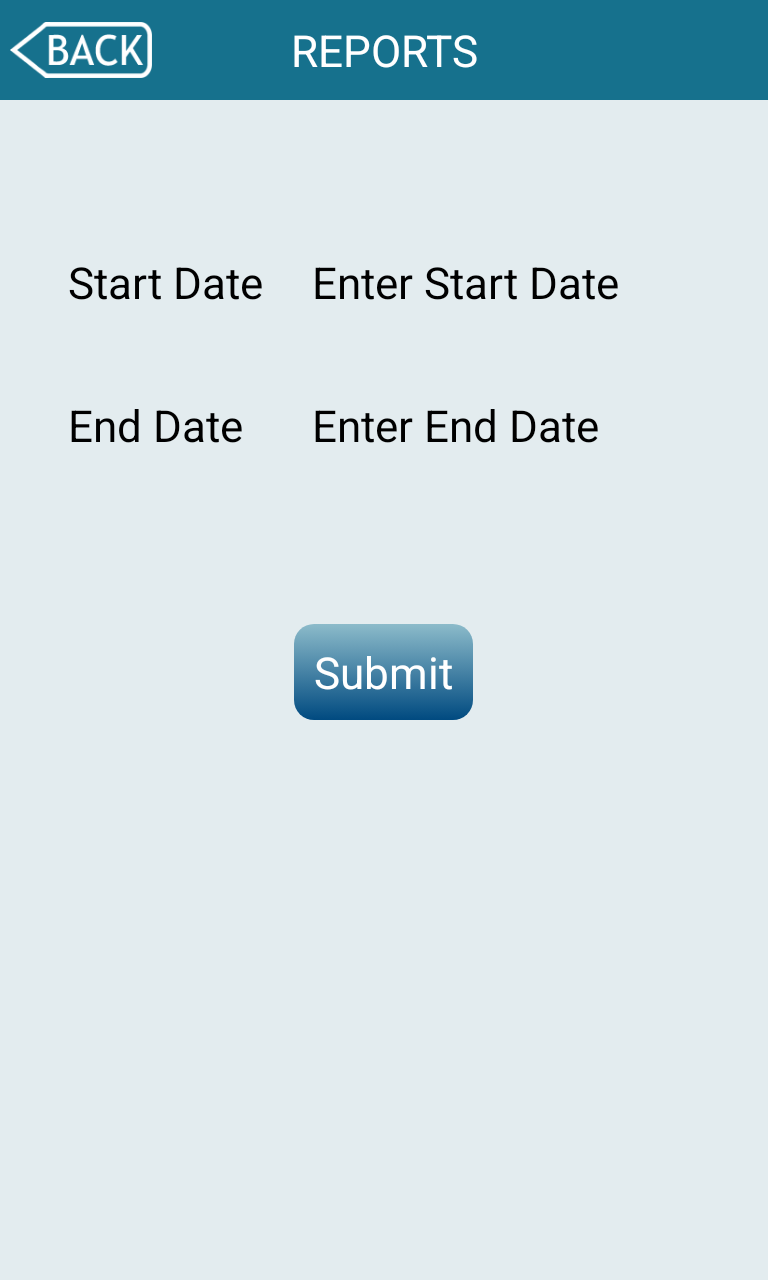
Repository: aawantika/frs
Layout: FinancialApplicationProject/FinancialApplication/src/main/res/layout/activity_graph_date.xml
These files come from the project's save history. The layout is drawn as it stood at one moment and after the next save; the edit follows.
It is drawn on a 768 x 1280 px phone screen (xhdpi) without system bars, with theme AppTheme; the app's code is not run.

Above is the layout before, as saved 2014-04-23 19:02:41.

### FinancialApplicationProject/FinancialApplication/src/main/res/layout/activity_graph_date.xml
<RelativeLayout xmlns:android="http://schemas.android.com/apk/res/android"
    xmlns:tools="http://schemas.android.com/tools"
    android:id="@+id/container"
    android:layout_width="match_parent"
    android:layout_height="match_parent"
    android:background="#e3ecef"
    tools:context=".ReportDateActivity"
    tools:ignore="MergeRootFrame" >

    <TextView
        android:id="@+id/title"
        android:layout_width="fill_parent"
        android:layout_height="50dp"
        android:layout_alignParentTop="true"
        android:layout_centerHorizontal="true"
        android:background="#16718d"
        android:gravity="center"
        android:text="@string/reportsTitle"
        android:textAppearance="?android:attr/textAppearanceLarge"
        android:textColor="#ffffff" />

    <Button
        android:id="@+id/back"
        android:layout_width="71dp"
        android:layout_height="28dp"
        android:layout_alignParentLeft="true"
        android:layout_alignParentTop="true"
        android:layout_marginLeft="5dp"
        android:layout_marginTop="11dp"
        android:background="@drawable/back_button"
        android:onClick="onBackClick" />

    <Button
        android:id="@+id/submit"
        android:layout_width="wrap_content"
        android:layout_height="wrap_content"
        android:layout_below="@+id/endText"
        android:layout_centerHorizontal="true"
        android:layout_marginTop="85dp"
        android:background="@drawable/rounded_rectanglebutton"
        android:onClick="onDateClick"
        android:text="@string/submit"
        android:textAppearance="?android:attr/textAppearanceLarge"
        android:textColor="#ffffff" />

    <TextView
        android:id="@+id/startText"
        android:layout_width="wrap_content"
        android:layout_height="wrap_content"
        android:layout_below="@+id/title"
        android:layout_marginRight="15dp"
        android:layout_marginTop="76dp"
        android:layout_toLeftOf="@+id/submit"
        android:text="@string/startDate"
        android:textAppearance="?android:attr/textAppearanceLarge" />

    <TextView
        android:id="@+id/endText"
        android:layout_width="wrap_content"
        android:layout_height="wrap_content"
        android:layout_alignLeft="@+id/startText"
        android:layout_below="@+id/startText"
        android:layout_marginTop="42dp"
        android:text="@string/endDate"
        android:textAppearance="?android:attr/textAppearanceLarge" />

    <TextView
        android:id="@+id/startDate"
        android:layout_width="wrap_content"
        android:layout_height="wrap_content"
        android:layout_above="@+id/endText"
        android:layout_alignLeft="@+id/submit"
        android:layout_marginLeft="9dp"
        android:text="@string/startDateTV"
        android:textAppearance="?android:attr/textAppearanceLarge" />

    <TextView
        android:id="@+id/endDate"
        android:layout_width="wrap_content"
        android:layout_height="wrap_content"
        android:layout_alignBaseline="@+id/endText"
        android:layout_alignBottom="@+id/endText"
        android:layout_alignLeft="@+id/startDate"
        android:text="@string/endDateTV"
        android:textAppearance="?android:attr/textAppearanceLarge" />

</RelativeLayout>

### FinancialApplicationProject/FinancialApplication/src/main/res/values/strings.xml
<?xml version="1.0" encoding="utf-8"?>
<resources>

    <string name="app_name">FooBar\'s Rib Shack</string>

    <!-- TextView -->
    <string name="firstname">First Name</string>
    <string name="lastname">Last Name</string>
    <string name="username">Username</string>
    <string name="password">Password</string>
    <string name="passwordHintText">Password Hint</string>
    <string name="email">Email</string>
    <string name="amount">Amount</string>
    <string name="balance">Balance</string>
    <string name="totalDeposits">Total Deposits</string>
    <string name="totalWithdrawals">Total Withdrawals</string>
    <string name="category">Category</string>
    <string name="reason">Reason</string>
    <string name="date">Date</string>
    <string name="startDate">Start Date</string>
    <string name="endDate">End Date</string>
    <string name="defaultAmount">Default Amount</string>
    <string name="forgotPassword">Forgot Password?</string>
    <string name="netFlow">Net Flow</string>
    <string name="accountNum">Account Number:</string>
    <string name="oldPassword">Old Password</string>
    <string name="newPassword">New Password</string>
    <string name="confirmPassword">Confirm Password</string>

    <!-- Hints/EditText -->
    <string name="usernameHint">Enter username</string>
    <string name="passwordHint">Enter password</string>
    <string name="passwordHintTextHint">Enter hint</string>
    <string name="firstnameHint">Enter first name</string>
    <string name="lastnameHint">Enter last name</string>
    <string name="emailHint">gburdell9@gatech.edu</string>
    <string name="dateHint">01/01/2014</string>
    <string name="defaultAmountHint">100USD or higher</string>
    <string name="reasonHint">Enter reason</string>
    <string name="amountHint">Enter amount</string>
    <string name="categoryHint">Enter category</string>
    <string name="oldPasswordHint">Enter old password</string>
    <string name="newPasswordHint">Enter new password</string>
    <string name="confirmPasswordHint">Reenter password</string>
    <string name="day">DD</string>
    <string name="month">MM</string>
    <string name="year">YYYY</string>

    <!-- Buttons -->
    <string name="login">Log In</string>
    <string name="register">Register</string>
    <string name="createAccount">Create Account</string>
    <string name="submit">Submit</string>
    <string name="deposit">Deposit</string>
    <string name="withdrawal">Withdrawal</string>
    <string name="reports">Reports</string>
    <string name="graphs">Graphs</string>
    <string name="back">Transactions</string>
    <string name="unused">unused</string>
    <string name="cancel">Cancel</string>
    <string name="home">Home</string>
    <string name="changePassword">Change Password</string>

    <!-- Titles -->
    <string name="registration">REGISTRATION</string>
    <string name="createAccountTitle">CREATE ACCOUNT</string>
    <string name="depositTitle">DEPOSIT</string>
    <string name="withdrawalTitle">WITHDRAWAL</string>
    <string name="reportsTitle">REPORTS</string>
    <string name="graphsTitle">GRAPHS</string>
    <string name="loginTitle">LOGIN</string>
    <string name="homeTitle">HOME</string>
    <string name="forgotTitle">FORGOT PASSWORD</string>
    <string name="csrTitle">CONSUMER SPENDING</string>
    <string name="isrTitle">INCOME SOURCE</string>
    <string name="cfrTitle">CASH FLOW</string>
    <string name="thrTitle">TRANSACTION HISTORY</string>

    <!-- Splash Screen -->
    <string name="teamNumber">Team 15</string>
    <string name="tika">Aawantika Sahu</string>
    <string name="max">Jason Bires</string>
    <string name="joseph">Hyun Jong Lee</string>
    <string name="prav">Pravallika Tadikonda</string>
    <string name="shannon">Shannon Nguyen</string>

    <!-- Date Picker -->
    <string name="startDateTV">Enter Start Date</string>
    <string name="endDateTV">Enter End Date</string>

    <!-- Reports -->
    <string name="scr">Spending Category Report</string>
    <string name="isr">Income Source Report</string>
    <string name="cfr">Cash Flow Report</string>
    <string name="thr">Transaction History Report</string>

    <!-- Graphs -->
    <string name="bd">Balance vs. Date</string>
    <string name="wd">Widthdrawals vs. Date</string>
    <string name="dd">Deposits vs. Date</string>
    <string name="mpc">Money Per Category</string>

    <!-- Categories for Withdrawal -->
    <string name="category_prompt">Choose category</string>

    <string-array name="category_array">
        <item>Gas</item>
        <item>Rent</item>
        <item>Clothing</item>
        <item>Business</item>
        <item>Groceries</item>
        <item>Entertainment</item>
    </string-array>

    <!-- ?? -->
    <string name="gas">Gas</string>
    <string name="rent">Rent</string>
    <string name="clothing">Clothing</string>
    <string name="business">Business</string>
    <string name="groceries">Groceries</string>
    <string name="entertainment">Entertainment</string>

    <!-- ??? -->
    <string name="hello_world">Hello world!</string>
    <string name="action_settings">Settings</string>
    <string name="logout">Logout</string>
    <string name="title_activity_graph">GraphActivity</string>
    <string name="title_activity_graph_report">GraphReportActivity</string>
    <string name="title_activity_graph_date">GraphDate</string>

</resources>

### FinancialApplicationProject/FinancialApplication/src/main/res/drawable/back_button.xml
<?xml version="1.0" encoding="utf-8"?>
<selector xmlns:android="http://schemas.android.com/apk/res/android">
    <item android:drawable="@drawable/back2"
          android:state_pressed="true" />
    <item android:drawable="@drawable/back"
          android:state_focused="true" />
    <item android:drawable="@drawable/back" />
</selector>

### FinancialApplicationProject/FinancialApplication/src/main/res/drawable/rounded_rectanglebutton.xml
<?xml version="1.0" encoding="utf-8"?>
<selector xmlns:android="http://schemas.android.com/apk/res/android">
    <item android:drawable="@drawable/rounded_rectangle2"
          android:state_pressed="true" />
    <item android:drawable="@drawable/rounded_rectangle"
          android:state_focused="true" />
    <item android:drawable="@drawable/rounded_rectangle" />
</selector>

### FinancialApplicationProject/FinancialApplication/src/main/res/drawable/rounded_rectangle2.xml
<?xml version="1.0" encoding="utf-8"?>
<shape xmlns:android="http://schemas.android.com/apk/res/android" >
    <gradient
        android:startColor="#008ec2"
        android:endColor="#002948"
        android:angle="270" />
    <corners
        android:radius="10dp" />
    <padding
        android:left="10dp"
        android:right="10dp" />
</shape>

### FinancialApplicationProject/FinancialApplication/src/main/res/drawable/rounded_rectangle.xml
<?xml version="1.0" encoding="utf-8"?>
<shape xmlns:android="http://schemas.android.com/apk/res/android" >
    <gradient
        android:startColor="#8cbbca"
        android:endColor="#004a80"
        android:angle="270" />
    <corners
        android:radius="10dp" />
    <padding
        android:left="10dp"
        android:right="10dp" />
</shape>

Loaded but not shown: FinancialApplicationProject/FinancialApplication/src/main/res/values/styles.xml (common file)

After the next save:
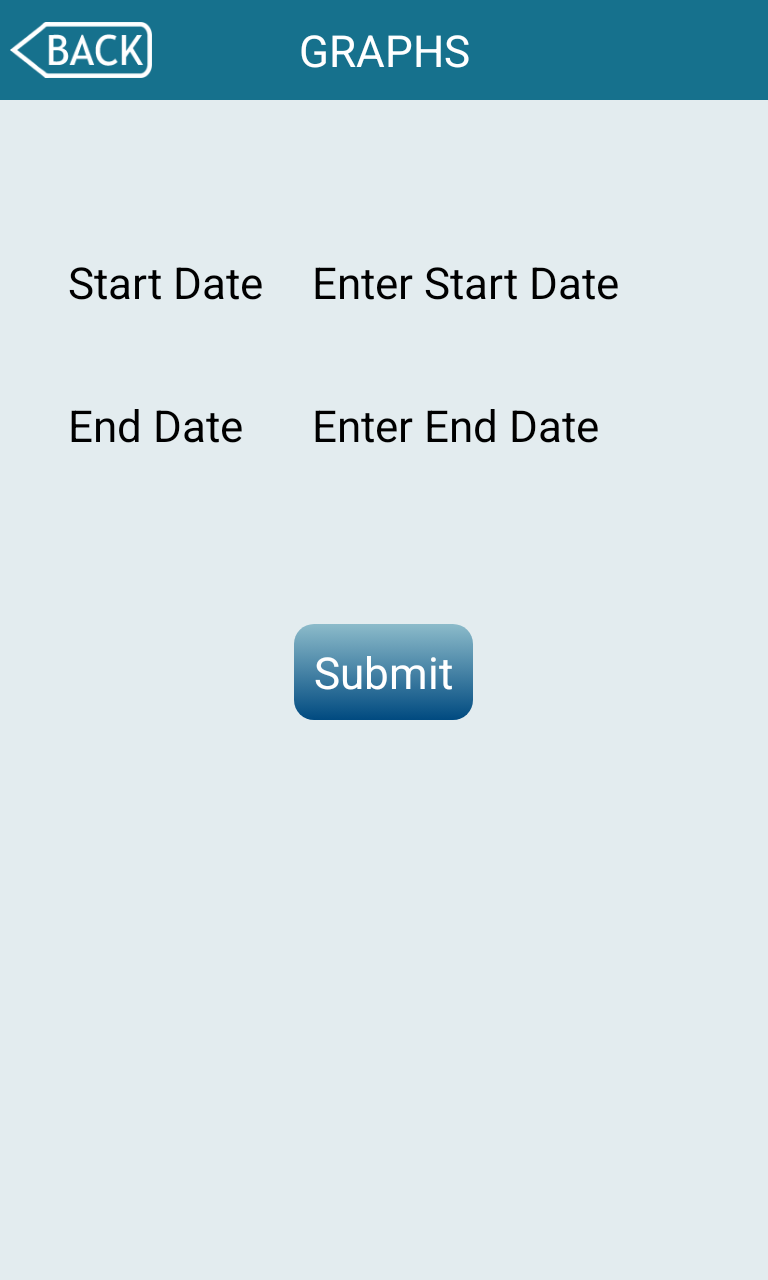
Saved 20 s later.
--- a/FinancialApplicationProject/FinancialApplication/src/main/res/layout/activity_graph_date.xml
+++ b/FinancialApplicationProject/FinancialApplication/src/main/res/layout/activity_graph_date.xml
@@ -15,7 +15,7 @@
         android:layout_centerHorizontal="true"
         android:background="#16718d"
         android:gravity="center"
-        android:text="@string/reportsTitle"
+        android:text="@string/graphsTitle"
         android:textAppearance="?android:attr/textAppearanceLarge"
         android:textColor="#ffffff" />
 
